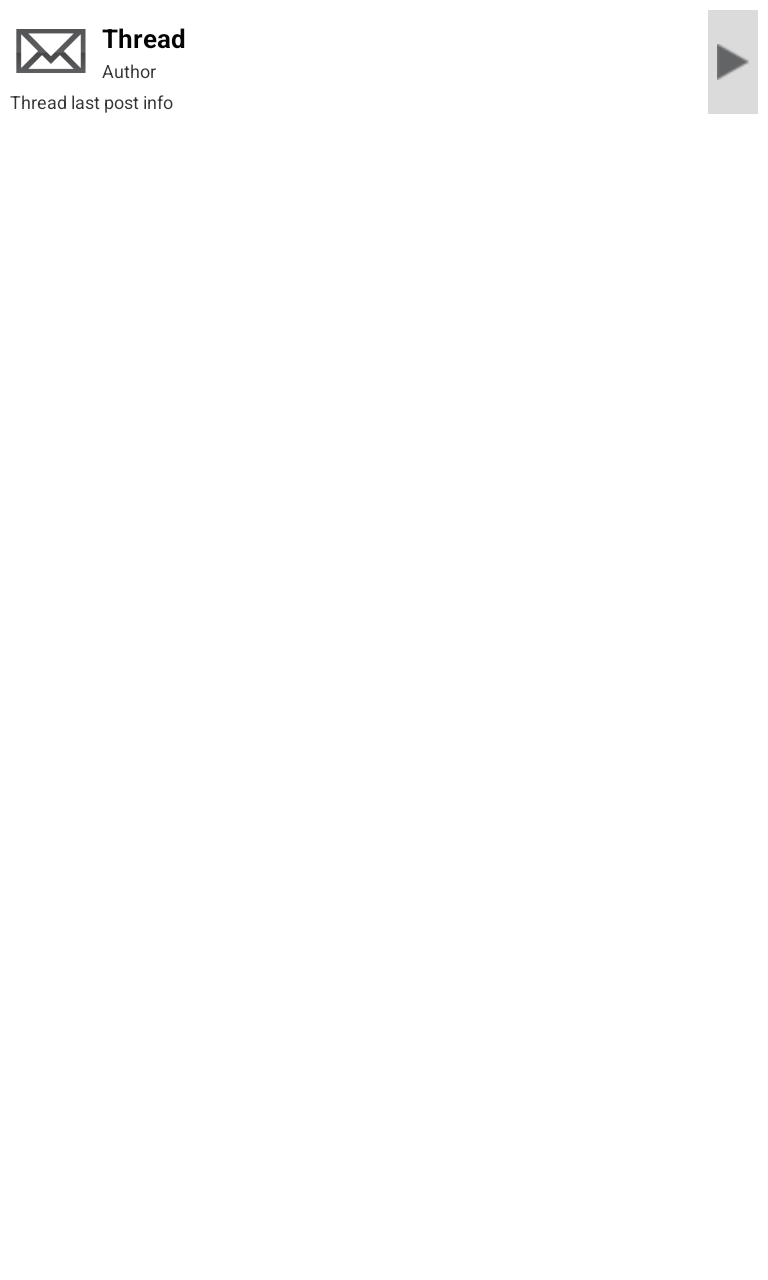
Repository: epson121/forumhr_mobile
Layout: TopicsActivity/res/layout/copy_threads_list_row.xml
These files come from the project's save history. The layout is drawn as it stood at one moment and after the next save; the edit follows.
It is drawn on a 768 x 1280 px phone screen (xhdpi) without system bars, with theme AppTheme; the app's code is not run.

Above is the layout before, as saved 2013-02-24 16:08:33.

### TopicsActivity/res/layout/copy_threads_list_row.xml
<?xml version="1.0" encoding="utf-8"?>
<RelativeLayout xmlns:android="http://schemas.android.com/apk/res/android"
    android:layout_width="wrap_content"
    android:layout_height="wrap_content"
    android:background="#FFFFFF"
    android:padding="5dip"
    >

    <LinearLayout android:id="@+id/thumbnail"
        android:layout_width="wrap_content"
        android:layout_height="wrap_content"
        android:padding="3dip"
        android:layout_alignParentLeft="true"
        android:background="#FFFFFF"
        android:layout_marginRight="5dip"
    	>

         <ImageView
            android:id="@+id/thread_icon"
            android:layout_width="35dip"
            android:layout_height="35dip"
            android:contentDescription="@+string/description"
            android:src="@drawable/thread_icon_bw"
            />

    </LinearLayout>



    <!-- subtopics -->

    <TextView
        android:id="@+id/thread_name"
        android:layout_width="wrap_content"
        android:layout_height="wrap_content"
        android:layout_alignTop="@+id/thumbnail"
        android:layout_toRightOf="@+id/thumbnail"
        android:layout_toLeftOf="@+id/thread_go_to_page"
        android:layout_marginRight="25dp"
        android:layout_marginTop="5dp"
        android:text="@+string/thread_name"
        android:textColor="#040404"
        android:textSize="13sp"
        android:textStyle="bold"
        android:typeface="sans"
        android:background="@drawable/textview_selector"
      	android:clickable="true"
        />

     <TextView
        android:id="@+id/thread_author"
        android:layout_width="wrap_content"
        android:layout_height="wrap_content"
        android:layout_alignLeft="@+id/thread_name"
        android:layout_below="@id/thread_name"
        android:layout_marginTop="1dip"
        android:layout_toLeftOf="@+id/thread_go_to_page"
        android:background="@drawable/textview_selector"
        android:text="@+string/thread_author"
        android:textColor="#343434"
        android:textSize="9sp" />

     <TextView
         android:id="@+id/thread_last_post_info"
         android:layout_width="wrap_content"
         android:layout_height="wrap_content"
         android:layout_alignLeft="@+id/thumbnail"
         android:layout_alignRight="@+id/thread_name"
         android:layout_below="@+id/thread_author"
         android:layout_marginTop="3dp"
         android:background="@drawable/textview_selector"
         android:text="@+string/thread_last_post_info"
         android:textColor="#343434"
         android:textSize="9sp" />

     <ImageButton
         android:id="@+id/thread_go_to_page"
         android:layout_width="25dp"
         android:layout_height="match_parent"
         android:layout_alignBottom="@+id/thread_last_post_info"
         android:layout_alignParentRight="true"
         android:layout_alignParentTop="true"
         android:background="#DBDBDB"
         android:contentDescription="@string/description"
         android:src="@drawable/thread_arrow_bw_small" />

</RelativeLayout>

### TopicsActivity/res/values/strings.xml
<?xml version="1.0" encoding="utf-8"?>
<resources>

    <string name="app_name">ForumHR</string>
    <string name="hello_world">Hello world!</string>
    <string name="menu_settings">Settings</string>
    <string name="topics_feed_image_description">Topic image</string>
    <string name="topic_name">Topic</string>
    <string name="thread_name">Thread</string>
    <string name="thread_author">Author</string>
     <string name="thread_last_post_info">Thread last post info</string>
    <string name="description">topic description</string>
    <string name="subtopics">Subtopics</string>

</resources>

### TopicsActivity/res/drawable/textview_selector.xml
<?xml version="1.0" encoding="utf-8"?>
<selector xmlns:android="http://schemas.android.com/apk/res/android">
    <item android:drawable="@drawable/pressed_color"
          android:state_pressed="true" />
    <item android:drawable="@drawable/normal_color" />
</selector>

### TopicsActivity/res/values/color.xml
<?xml version="1.0" encoding="utf-8"?>
<resources>
     <drawable name="pressed_color">#C8C8C8</drawable> <!--custom color for pressed state -->
     <drawable name="normal_color">#00FFFFFF</drawable> <!--transperent color for normal state -->
</resources>

Loaded but not shown: TopicsActivity/res/values/styles.xml (common file); TopicsActivity/res/values-v11/styles.xml (common file); TopicsActivity/res/values-v14/styles.xml (common file)

After the next save:
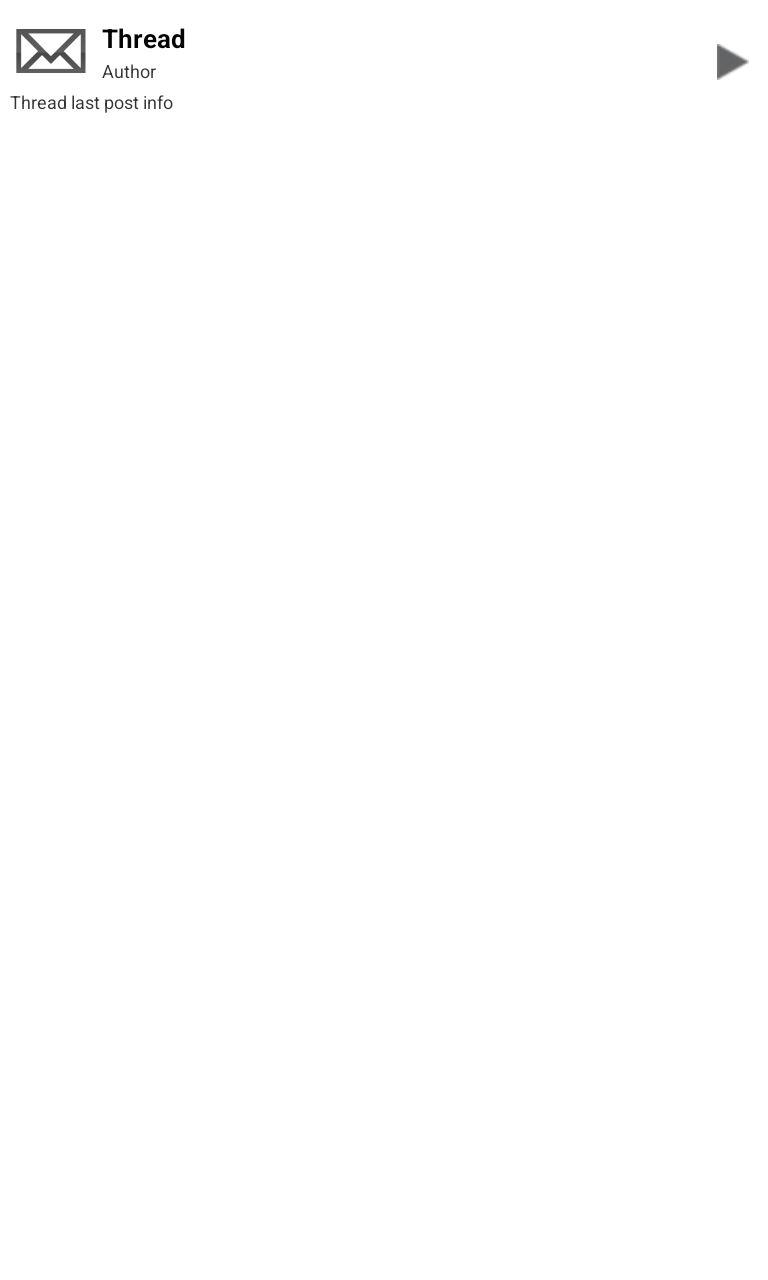
Saved 6 min 6 s later.
--- a/TopicsActivity/res/layout/copy_threads_list_row.xml
+++ b/TopicsActivity/res/layout/copy_threads_list_row.xml
@@ -80,7 +80,7 @@
          android:layout_alignBottom="@+id/thread_last_post_info"
          android:layout_alignParentRight="true"
          android:layout_alignParentTop="true"
-         android:background="#DBDBDB"
+         android:background="@drawable/textview_selector"
          android:contentDescription="@string/description"
          android:src="@drawable/thread_arrow_bw_small" />
 
